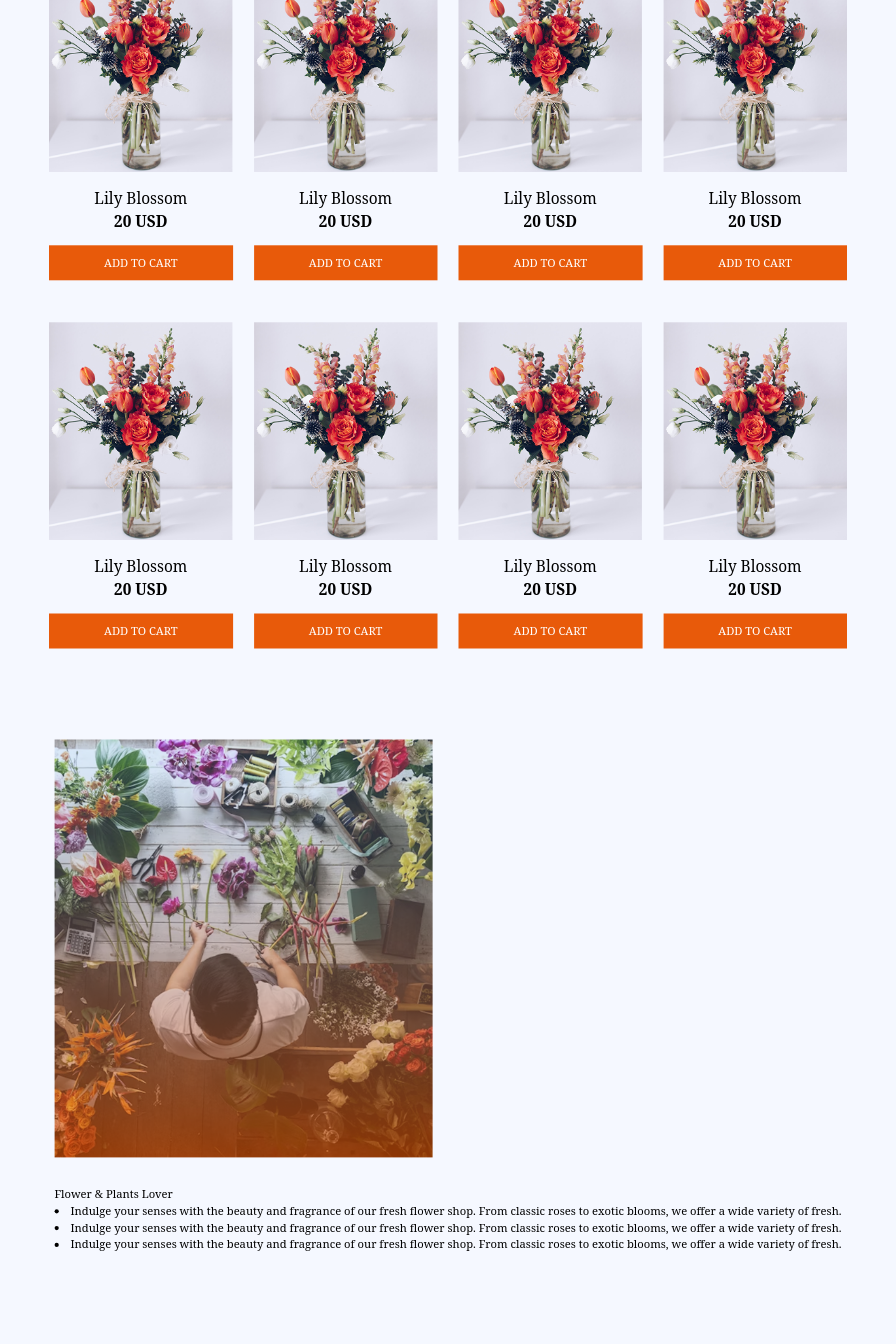
Repository: nahid-hasann/website-7
Page: index.html
These files come from the project's save history. The page is drawn as it stood at one moment and after the next save; the edit follows.
The browser window is 1280 px wide. The pictures show the part of the page from y = 1098 to 3018 px (the page is 3018 px tall before and 2882 px after), at 70% of full size.
Some web libraries are served in a nearby version.

Above is the page before, as saved 2025-07-24 12:58:15.

After the next save:
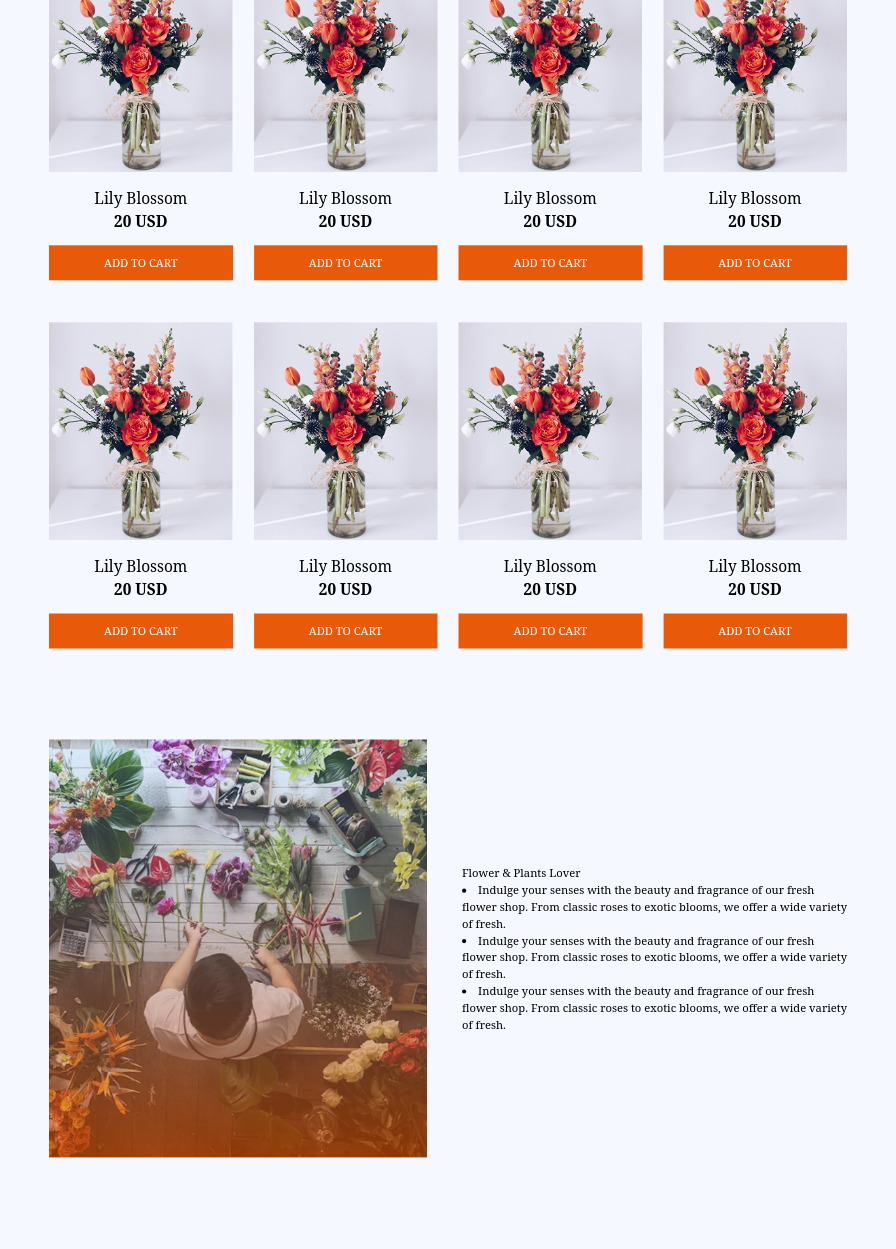
Saved 10 s later.
--- a/style.css
+++ b/style.css
@@ -150,7 +150,7 @@ nav{
 
 .plants-lover-div{
      display: grid;
-     grid-column: 1fr 1fr;
+     grid-template-columns: 1fr 1fr;
     align-items: center;
     justify-content: center;
     gap: 40px;
